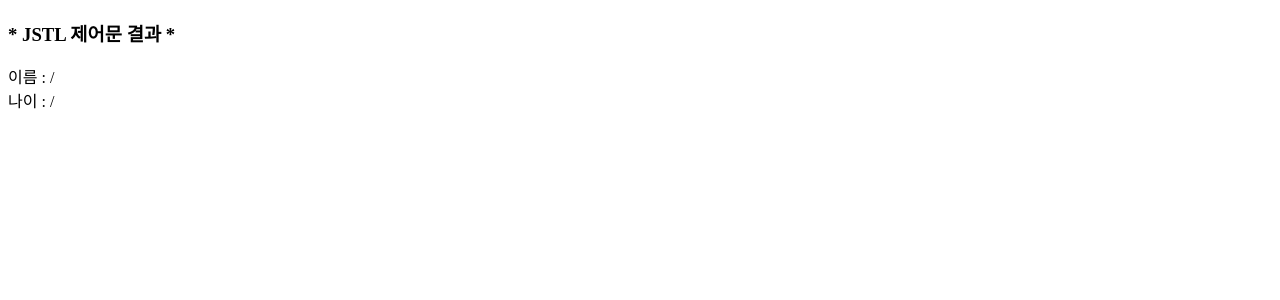
Repository: wlsgml0156/basicJava
Page: http://localhost/mvcTest/jstl/jstlTest2ok.jsp
These files come from the project's save history. The page is drawn as it stood at one moment and after the next save; the edit follows.
The browser window is 1280 px wide. The pictures show the whole page.
The page is served by Tomcat 9. Other server files are loaded and not shown.

Above is the page before, as saved 2020-01-30 03:45:46.

### mvcTest/WebContent/jstl/jstlTest2ok.jsp
<%@ page contentType="text/html; charset=UTF-8"%>
<%@ taglib prefix="c"  uri="http://java.sun.com/jsp/jstl/core"%>
<%@ taglib prefix="fn" uri="http://java.sun.com/jsp/jstl/functions"%>

<!DOCTYPE html>
<html>
<head>
<meta charset="UTF-8">
<title>jstlTest2ok.jsp</title>
</head>
<body>
  <h3>* JSTL 제어문 결과 *</h3>
<!--
    request.getParameter("name")와
    동일 param.name
 -->
  <c:set var="name" value="${param.name}"></c:set>
  <c:set var="age"  value="${param.age}"></c:set>
  이름 : ${name} / <c:out value="${name}"></c:out>
  <br>
  나이 : ${age}  / <c:out value="${age}"></c:out>
  <br>

  <!-- 조건문 -->
  <c:if test="${name=='soldesk'}">솔데스크</c:if>










</body>
</html>

After the next save:
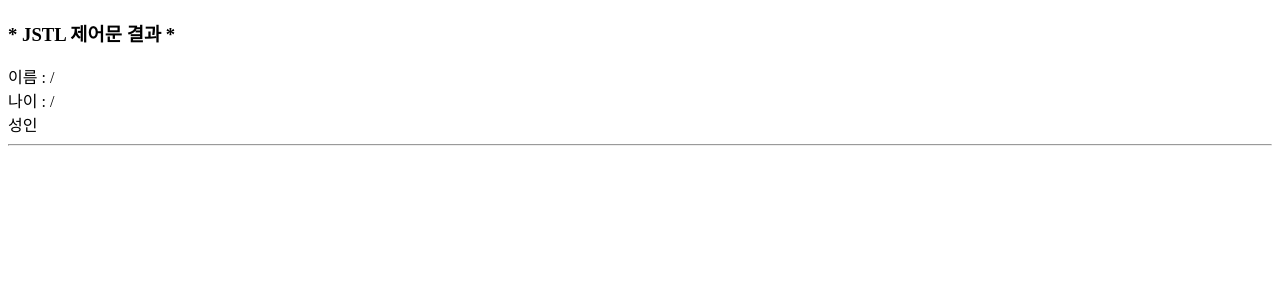
Saved 8 min 40 s later.
--- a/mvcTest/WebContent/jstl/jstlTest2ok.jsp
+++ b/mvcTest/WebContent/jstl/jstlTest2ok.jsp
@@ -24,9 +24,19 @@
   <!-- 조건문 -->
   <c:if test="${name=='soldesk'}">솔데스크</c:if>
 
+  <!-- 다중 조건문 -->
+  <c:choose>
+  	<c:when test="${age<10}">어린이</c:when>
+  	<c:when test="${age<20}">청소년</c:when>
+  	<c:otherwise>성인</c:otherwise>
+  </c:choose>
 
 
-
+  <!-- 반복문 -->
+  <c:forEach var="a" begin="1" end="${age}" step="1">
+      <c:out value="#"></c:out>
+  </c:forEach>
+  <hr>
 
 
 
